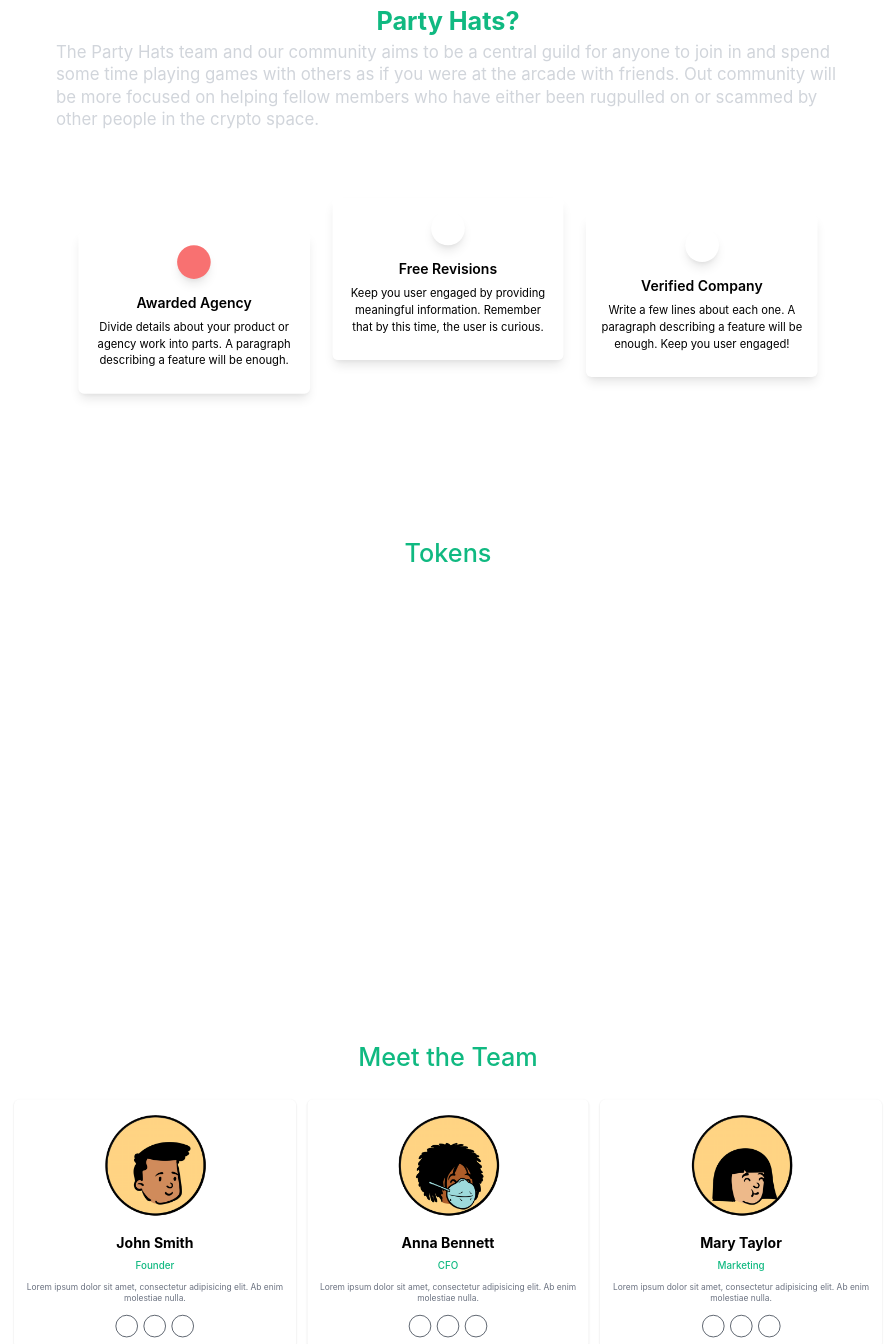
Repository: rhinorphan/phat-landing-page
Page: /
These files come from the project's save history. The page is drawn as it stood at one moment and after the next save; the edit follows.
The browser window is 1280 px wide. The pictures show the part of the page from y = 1358 to 3278 px (the page is 4032 px tall before and 3944 px after), at 70% of full size.
The project was rebuilt for these pictures with package versions that can differ from the ones it lists, and the page was loaded fresh each time. Also part of the build but not shown: craco.config.js.

Above is the page before, as saved 2021-11-17 17:29:09.

After the next save:
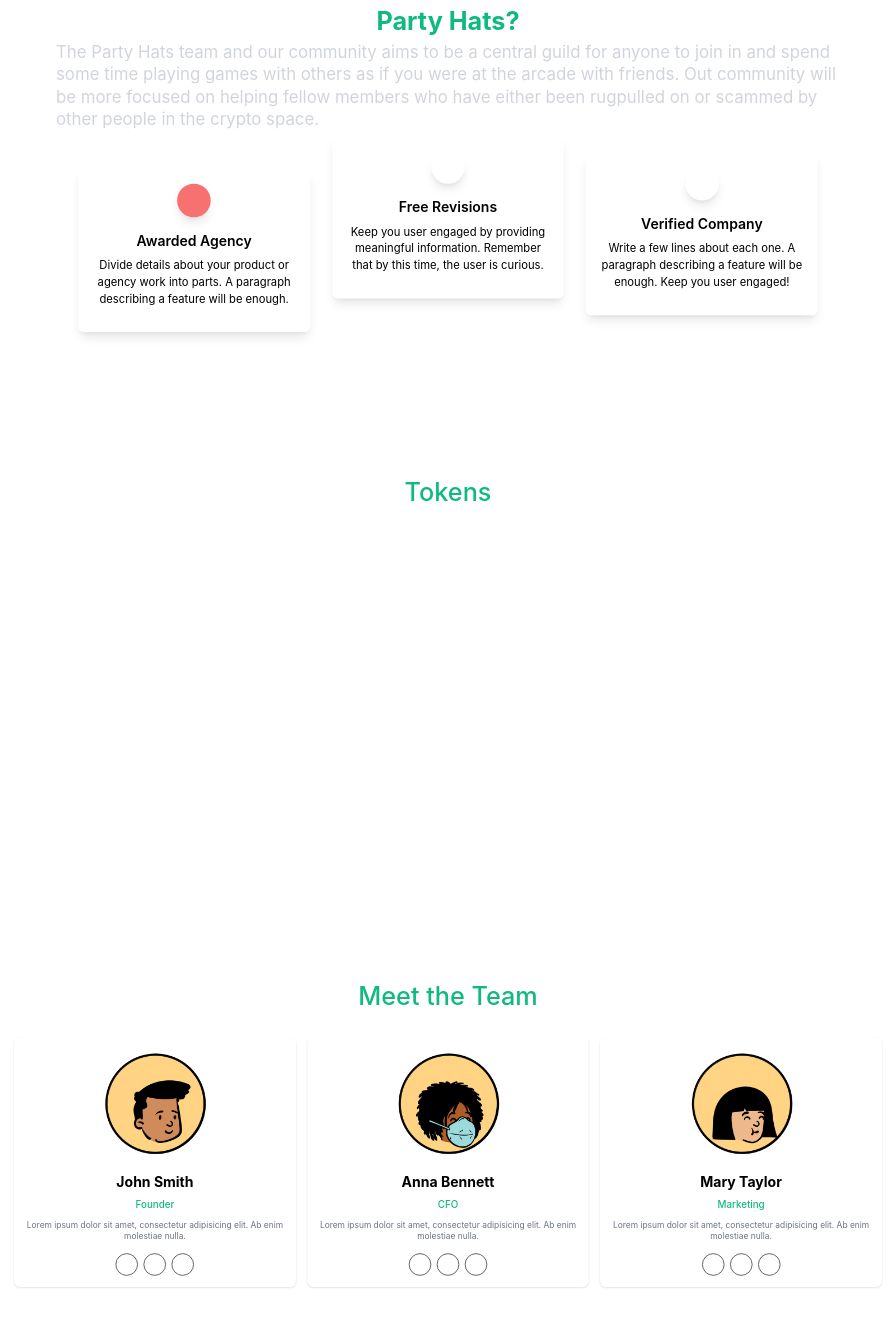
Saved 6 s later.
--- a/src/components/Community.js
+++ b/src/components/Community.js
@@ -13,7 +13,7 @@ function Community() {
         <h3 class="flex text-2xl mb-2 text-gray-300 justify-content">
         The Party Hats team and our community aims to be a central guild for anyone to join in and spend some time playing games with others as if you were at the arcade with friends. Out community will be more focused on helping fellow members who have either been rugpulled on or scammed by other people in the crypto space.
         </h3>
-        <section class="pb-10 bg-blueGray-200 mt-24">
+        <section class="pb-10 bg-blueGray-200 mt-2">
         <div class="container mx-auto px-4">
           <div class="flex flex-wrap">
             <div class="lg:pt-12 pt-6 w-full md:w-4/12 px-4 text-center">
